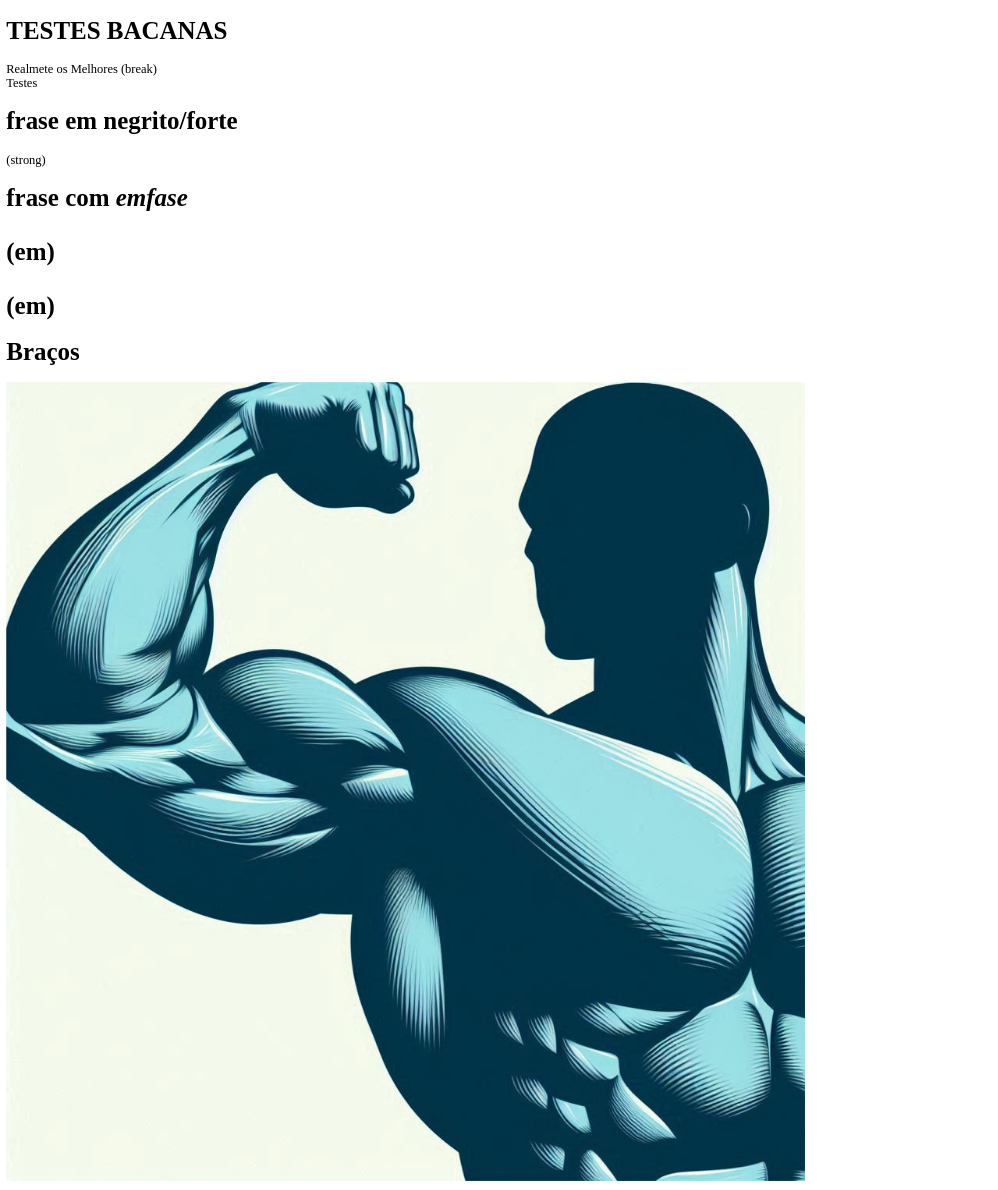
Repository: LuidyOn/Site_Forca_Total
Page: ForçaTotal/teste.html
The author's editor kept a copy of each file at every save. The page is drawn from the files as they stood at one save, then again after the next save.
The browser window is 1280 px wide. The pictures show the whole page, at 78% of full size.

Above is the page before, as saved 2025-05-13 18:51:11.

After the next save:
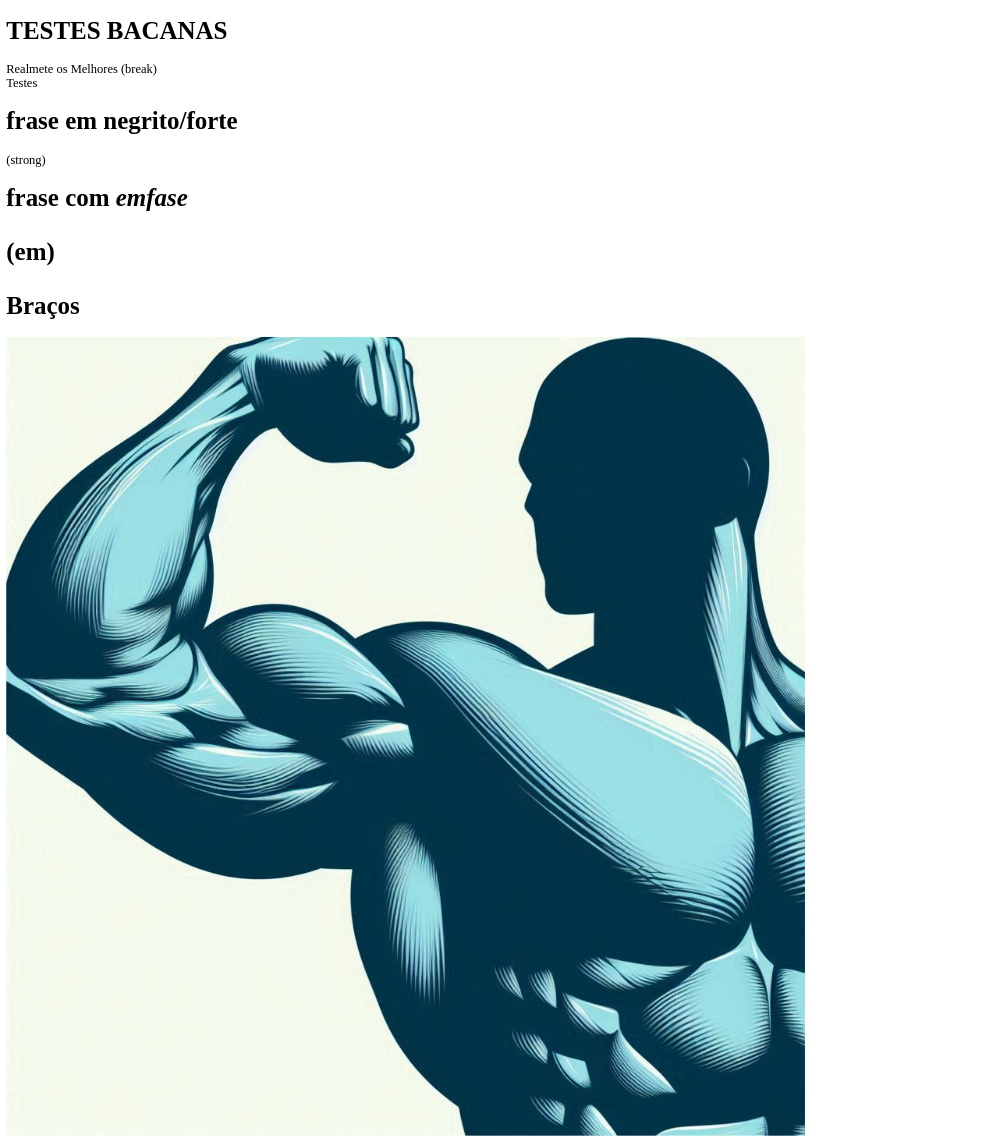
Saved 4 s later.
--- a/ForçaTotal/teste.html
+++ b/ForçaTotal/teste.html
@@ -15,7 +15,7 @@
 <H1>frase em <strong>negrito/forte</strong> </H1>
 <p>(strong) </p>
 
-<H1>frase com <em>emfase</em> <br> <p> (em) </p>(em) </H1>
+<H1>frase com <em>emfase</em> <br> <p> (em) </p></H1>
 
   <h1>Braços</h1>
 <img src="img/parteSerior.png" alt="parte superior">
